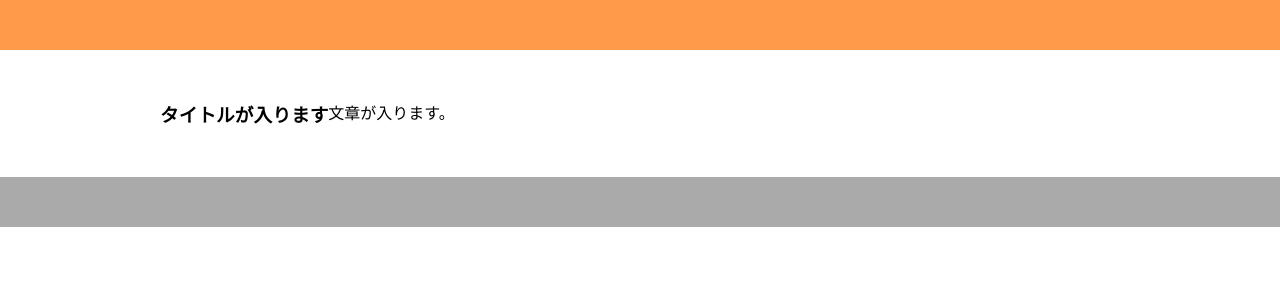
Repository: yofuu/caravan-chapter4
Page: chpter9/chapter10.html
The author's editor kept a record of every edit. The page is drawn from the files as they stood at one moment, then again after the next edit.
The browser window is 1280 px wide. The pictures show the whole page.

Above is the page before.

### chpter9/chapter10.html
<!DOCTYPE html>
<html lang="ja">
  <head>
    <meta charset="UTF-8" />
    <link rel="stylesheet" href="chapter10.css" />
    <title>HTML.１０章確認問題</title>
  </head>

  <body>
    <header></header>

    <main class="blog-box">
      <h3>タイトルが入ります</h3>
      <p>文章が入ります。</p>
      <img class="blog-img1">
      <img class="blog-img2">
      <img class="blog-img3">
    </main>

    <footer></footer>

  </body>
</html>

### chpter9/chapter10.css
* {
  box-sizing: border-box;
  margin: 0;
  padding: 0;
}

header {
  height: 50px;
  background-color: #ff9a4b;
}

main {
  width: 960px;
  margin: 50px auto;
  display: flex;
}

.step-box {
  width: 300px;
  margin-right: 30px;
  padding: 10px;
  position: relative;
  background-color: #eee;
}

.step-box:last-child {
  margin-right: 0;
}

.step-img1 {
  height: 150px;
  background-image: url(img/flow01.png);
  background-position: bottom;
  background-size: cover;
}

.step-img2 {
  height: 150px;
  background-image: url(img/flow02.png);
  background-position: bottom;
  background-size: cover;
}
.step-img3 {
  height: 150px;
  background-image: url(img/flow03.png);
  background-position: bottom;
  background-size: cover;
}

.step-num {
  position: absolute;
  top: 0;
  left: 0;
  background-color: #ff9a4b;
  color: #fff;
}

.title {
  margin: 15px 0 5px;
}

footer {
  height: 50px;
  background-color: #aaa;
}

After the next edit:
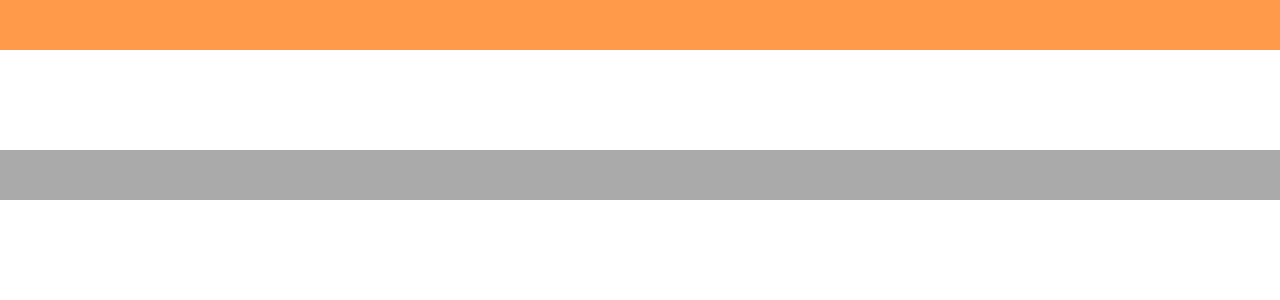
The edit:
--- a/chpter9/chapter10.html
+++ b/chpter9/chapter10.html
@@ -10,8 +10,7 @@
     <header></header>
 
     <main class="blog-box">
-      <h3>タイトルが入ります</h3>
-      <p>文章が入ります。</p>
+
       <img class="blog-img1">
       <img class="blog-img2">
       <img class="blog-img3">

After the edit that followed:
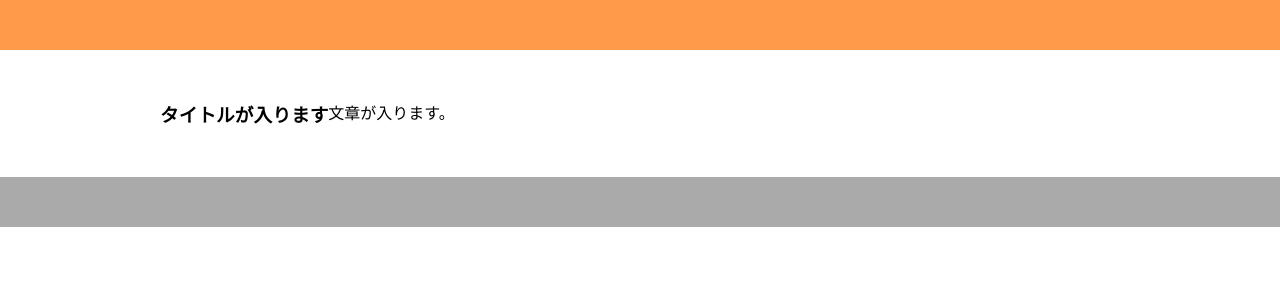
The edit:
--- a/chpter9/chapter10.html
+++ b/chpter9/chapter10.html
@@ -14,6 +14,8 @@
       <img class="blog-img1">
       <img class="blog-img2">
       <img class="blog-img3">
+      <h3>タイトルが入ります</h3>
+      <p>文章が入ります。</p>
     </main>
 
     <footer></footer>
